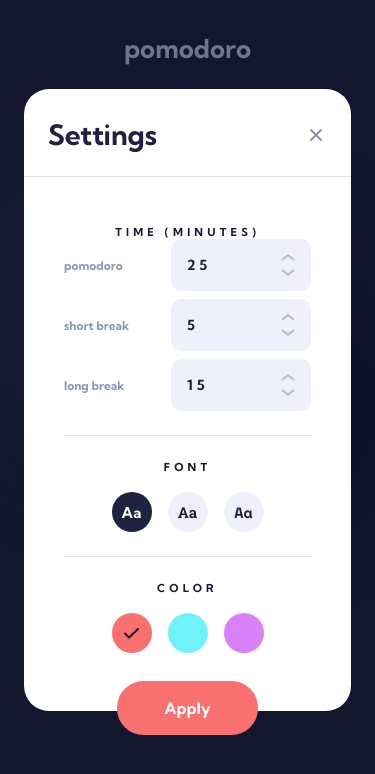
Repository: blordeus/pomodoro-app
Page: /, after clicking the first element matching `button.settings-trigger`
An editor plug-in stored every save of this project. The page is shown before and after the next save, followed by the edit.
The browser window is 375 px wide. The pictures show the whole page.
The project was rebuilt for these pictures with package versions that can differ from the ones it lists, and the page was loaded fresh each time.

Above is the page before, as saved 2026-05-09 18:33:30.

### index.html
<!doctype html>
<html lang="en">
  <head>
    <meta charset="UTF-8" />
    <meta name="viewport" content="width=device-width, initial-scale=1.0" />
    <title>Pomodoro App</title>
  </head>
  <body>
    <div id="root"></div>
    <script type="module" src="/src/main.jsx"></script>
  </body>
</html>

### src/main.jsx
import React from 'react';
import { createRoot } from 'react-dom/client';
import './index.css';
import App from './App.jsx';

createRoot(document.getElementById('root')).render(
  <React.StrictMode>
    <App />
  </React.StrictMode>
);

### src/index.css
@import url('https://fonts.googleapis.com/css2?family=Kumbh+Sans:wght@400;700&family=Roboto+Slab:wght@400;700&family=Space+Mono:wght@400;700&display=swap');

/* ─── Design Tokens ─────────────────────────────────────────── */
:root {
  --bg: #1E213F;
  --surface: #161932;
  --surface-alt: #0D0E1C;
  --text-primary: #D7E0FF;
  --text-muted: #8895B3;
  --modal-bg: #FFFFFF;
  --modal-text: #161932;
  --modal-label: #1E213F;
  --modal-section-title: #161932;
  --input-bg: #EFF1FA;
  --input-text: #1E213F;
  --divider: #E3E1E1;

  /* Accent — overridden by useSettings via JS */
  --accent: #F87070;

  /* Font — overridden by useSettings via JS */
  --font-app: 'Kumbh Sans', sans-serif;

  /* Timer sizing */
  --timer-outer: 410px;
  --timer-inner: 340px;
  --timer-ring-size: 339px;
}

/* ─── Reset & Base ──────────────────────────────────────────── */
*, *::before, *::after {
  box-sizing: border-box;
  margin: 0;
  padding: 0;
}

body {
  font-family: var(--font-app);
  background-color: var(--bg);
  color: var(--text-primary);
  min-height: 100vh;
  transition: font-family 0.2s ease;
}

button {
  cursor: pointer;
  border: none;
  background: none;
  font-family: inherit;
}

/* ─── App Layout ────────────────────────────────────────────── */
.app {
  display: flex;
  flex-direction: column;
  align-items: center;
  padding: 48px 24px 56px;
  min-height: 100vh;
}

.app__title {
  font-size: 1.625rem;
  font-weight: 700;
  letter-spacing: 0;
  color: var(--text-primary);
  margin-bottom: 45px;
}

/* ─── Mode Selector ─────────────────────────────────────────── */
.mode-selector {
  display: flex;
  align-items: center;
  background-color: var(--surface);
  border-radius: 31.5px;
  padding: 8px;
  gap: 0;
  margin-bottom: 48px;
}

.mode-btn {
  font-family: var(--font-app);
  font-size: 0.75rem;
  font-weight: 700;
  color: var(--text-muted);
  border-radius: 26.5px;
  padding: 14px 24px;
  transition: color 0.25s ease, background-color 0.25s ease;
  white-space: nowrap;
}

.mode-btn:hover {
  color: var(--text-primary);
}

.mode-btn--active {
  background-color: var(--accent);
  color: var(--modal-label);
}

/* ─── Timer ─────────────────────────────────────────────────── */
.timer-wrapper {
  margin-bottom: 63px;
}

.timer-outer {
  width: var(--timer-outer);
  height: var(--timer-outer);
  border-radius: 50%;
  background: linear-gradient(315deg, #2E325A 0%, #0E112A 100%);
  box-shadow:
    -50px -50px 100px #272C5A,
    50px 50px 100px #121530;
  display: flex;
  align-items: center;
  justify-content: center;
}

.timer-inner {
  width: var(--timer-inner);
  height: var(--timer-inner);
  border-radius: 50%;
  background: var(--surface);
  display: flex;
  align-items: center;
  justify-content: center;
  position: relative;
}

.timer-ring {
  position: absolute;
  inset: 0;
  display: flex;
  align-items: center;
  justify-content: center;
  width: 100%;
  height: 100%;
  padding: 20px;
}

.progress-ring {
  overflow: visible;
  width: 100%;
  height: 100%;
}

.timer-face {
  position: relative;
  z-index: 1;
  display: flex;
  flex-direction: column;
  align-items: center;
  gap: 15px;
  padding: 20px 40px;
  border-radius: 50%;
  background: transparent;
  transition: opacity 0.15s ease;
}

.timer-face:hover .timer-action {
  color: var(--accent);
}

.timer-time {
  font-family: var(--font-app);
  font-size: 5.5rem;
  font-weight: 700;
  color: var(--text-primary);
  letter-spacing: -4px;
  line-height: 1;
}

.timer-action {
  font-family: var(--font-app);
  font-size: 0.875rem;
  font-weight: 700;
  letter-spacing: 13px;
  color: var(--text-primary);
  text-transform: uppercase;
  transition: color 0.2s ease;
  /* offset to account for letter-spacing on last char */
  padding-left: 13px;
}

/* ─── Settings Trigger ──────────────────────────────────────── */
.settings-trigger {
  color: var(--text-muted);
  transition: color 0.2s ease;
  padding: 8px;
}

.settings-trigger:hover {
  color: var(--text-primary);
}

.settings-trigger img {
  opacity: 0.5;
  transition: opacity 0.2s ease;
}

.settings-trigger:hover img {
  opacity: 1;
}

/* ─── Settings Modal ────────────────────────────────────────── */
.modal-backdrop {
  position: fixed;
  inset: 0;
  background: rgba(10, 12, 28, 0.5);
  display: flex;
  align-items: center;
  justify-content: center;
  z-index: 100;
  padding: 24px;
}

.modal {
  background: var(--modal-bg);
  border-radius: 25px;
  width: 100%;
  max-width: 540px;
  position: relative;
  overflow: visible;
}

.modal__header {
  display: flex;
  align-items: center;
  justify-content: space-between;
  padding: 34px 40px 28px;
  border-bottom: 1px solid var(--divider);
}

.modal__title {
  font-size: 1.75rem;
  font-weight: 700;
  color: var(--modal-label);
}

.modal__close {
  color: var(--text-muted);
  padding: 4px;
  transition: color 0.2s ease;
  display: flex;
  align-items: center;
  justify-content: center;
}

.modal__close:hover {
  color: var(--modal-label);
}

.modal__body {
  padding: 24px 40px;
}

.modal__section {
  padding: 24px 0;
}

.modal__section--row {
  display: flex;
  align-items: center;
  justify-content: space-between;
}

.modal__section-title {
  font-size: 0.6875rem;
  font-weight: 700;
  letter-spacing: 4.23px;
  color: var(--modal-section-title);
  text-transform: uppercase;
  margin-bottom: 18px;
}

.modal__section--row .modal__section-title {
  margin-bottom: 0;
}

.modal__time-inputs {
  display: flex;
  gap: 20px;
}

.modal__divider {
  height: 1px;
  background: var(--divider);
}

.modal__options {
  display: flex;
  gap: 16px;
  align-items: center;
}

.modal__footer {
  display: flex;
  justify-content: center;
  padding-bottom: 0;
  /* Apply button overlaps the bottom of the modal */
  margin-top: -20px;
  margin-bottom: -24px;
}

/* ─── TimeInput ─────────────────────────────────────────────── */
.time-input {
  flex: 1;
  display: flex;
  flex-direction: column;
  gap: 8px;
}

.time-input__label {
  font-size: 0.75rem;
  font-weight: 700;
  color: var(--text-muted);
}

.time-input__control {
  display: flex;
  align-items: center;
  justify-content: space-between;
  background: var(--input-bg);
  border-radius: 10px;
  padding: 14px 16px;
  gap: 16px;
}

.time-input__value {
  font-size: 0.875rem;
  font-weight: 700;
  color: var(--input-text);
}

.time-input__arrows {
  display: flex;
  flex-direction: column;
  gap: 8px;
}

.time-input__arrow {
  color: #8895B3;
  display: flex;
  align-items: center;
  justify-content: center;
  transition: color 0.15s ease;
  padding: 0;
  line-height: 1;
}

.time-input__arrow img {
  width: 14px;
  height: 8px;
}

.time-input__arrow:hover {
  color: var(--input-text);
}

/* ─── Font Buttons ──────────────────────────────────────────── */
.font-btn {
  width: 40px;
  height: 40px;
  border-radius: 50%;
  font-size: 0.9375rem;
  font-weight: 700;
  background: var(--input-bg);
  color: var(--modal-label);
  display: flex;
  align-items: center;
  justify-content: center;
  transition: background-color 0.2s ease, color 0.2s ease;
}

.font-btn--active {
  background: var(--modal-label);
  color: var(--modal-bg);
}

/* ─── Color Buttons ─────────────────────────────────────────── */
.color-btn {
  width: 40px;
  height: 40px;
  border-radius: 50%;
  position: relative;
  transition: opacity 0.2s ease;
}

.color-btn:hover {
  opacity: 0.85;
}

.color-btn--active::after {
  content: '';
  position: absolute;
  inset: 0;
  display: flex;
  align-items: center;
  justify-content: center;
  background-image: url("data:[embedded picture, 244 characters]");
  background-repeat: no-repeat;
  background-position: center;
}

/* ─── Apply Button ──────────────────────────────────────────── */
.apply-btn {
  font-family: var(--font-app);
  font-size: 1rem;
  font-weight: 700;
  color: white;
  background: var(--accent);
  border-radius: 26.5px;
  padding: 17px 47px;
  transition: filter 0.2s ease;
}

.apply-btn:hover {
  filter: brightness(1.15);
}

/* ─── Responsive ────────────────────────────────────────────── */
@media (max-width: 600px) {
  :root {
    --timer-outer: 300px;
    --timer-inner: 267px;
    --timer-ring-size: 248px;
  }

  .app {
    padding: 32px 24px 48px;
  }

  .app__title {
    margin-bottom: 40px;
  }

  .mode-selector {
    margin-bottom: 45px;
  }

  .mode-btn {
    padding: 11px 16px;
    font-size: 0.6875rem;
  }

  .timer-time {
    font-size: 5rem;
    letter-spacing: -3px;
  }

  .timer-wrapper {
    margin-bottom: 56px;
  }

  /* Settings modal: stack time inputs vertically */
  .modal__time-inputs {
    flex-direction: column;
    gap: 8px;
  }

  .time-input__control {
    width: 140px;
    flex-shrink: 0;
  }

  .time-input__value {
    letter-spacing: 4px;
  }

  .time-input {
    flex-direction: row;
    align-items: center;
    justify-content: space-between;
  }

  .time-input__label {
    flex-shrink: 0;
  }

  .modal__header {
    padding: 28px 24px 24px;
  }

  .modal__body {
    padding: px 24px;
  }

  .modal__section--row {
    flex-direction: column;
    align-items: center;
    gap: 18px;
    text-align: center;
  }

  .modal__section-title {
    margin-bottom: 0;
    text-align: center;
  }


}

### src/App.jsx
import React, { useState } from 'react';
import { useTimer } from './hooks/useTimer';
import { useSettings } from './hooks/useSettings';
import ModeSelector from './components/ModeSelector';
import TimerDisplay from './components/TimerDisplay';
import SettingsModal from './components/SettingsModal';

const App = () => {
  const { settings, applySettings } = useSettings();
  const { mode, status, formattedTime, progress, start, pause, restart, switchMode } = useTimer(settings);
  const [showSettings, setShowSettings] = useState(false);

  return (
    <div className="app">
      <h1 className="app__title">pomodoro</h1>

      <ModeSelector mode={mode} onSwitch={switchMode} />

      <TimerDisplay
        formattedTime={formattedTime}
        progress={progress}
        status={status}
        onStart={start}
        onPause={pause}
        onRestart={restart}
      />

      <button
        className="settings-trigger"
        onClick={() => setShowSettings(true)}
        aria-label="Open settings"
      >
        <img src="/assets/icon-settings.svg" alt="" />
      </button>

      {showSettings && (
        <SettingsModal
          settings={settings}
          onApply={applySettings}
          onClose={() => setShowSettings(false)}
        />
      )}
    </div>
  );
};

export default App;

### src/hooks/useTimer.js
import { useState, useEffect, useRef, useCallback } from 'react';

const MODES = {
  pomodoro: 'pomodoro',
  shortBreak: 'shortBreak',
  longBreak: 'longBreak',
};

export const useTimer = (settings) => {
  const [mode, setMode] = useState(MODES.pomodoro);
  const [status, setStatus] = useState('idle'); // idle | running | paused | complete
  const [timeLeft, setTimeLeft] = useState(settings.pomodoro * 60);
  const intervalRef = useRef(null);

  const totalTime = settings[mode] * 60;

  // Reset timer when mode or settings change
  useEffect(() => {
    clearInterval(intervalRef.current);
    setStatus('idle');
    setTimeLeft(settings[mode] * 60);
  }, [mode, settings]);

  useEffect(() => {
    if (status === 'running') {
      intervalRef.current = setInterval(() => {
        setTimeLeft((prev) => {
          if (prev <= 1) {
            clearInterval(intervalRef.current);
            setStatus('complete');
            return 0;
          }
          return prev - 1;
        });
      }, 1000);
    } else {
      clearInterval(intervalRef.current);
    }

    return () => clearInterval(intervalRef.current);
  }, [status]);

  const start = useCallback(() => setStatus('running'), []);
  const pause = useCallback(() => setStatus('paused'), []);
  const restart = useCallback(() => {
    setStatus('idle');
    setTimeLeft(settings[mode] * 60);
  }, [mode, settings]);

  const switchMode = useCallback((newMode) => {
    setMode(newMode);
  }, []);

  const minutes = Math.floor(timeLeft / 60);
  const seconds = timeLeft % 60;
  const formattedTime = `${String(minutes).padStart(2, '0')}:${String(seconds).padStart(2, '0')}`;
  const progress = timeLeft / totalTime; // 1 = full, 0 = empty

  return {
    mode,
    status,
    timeLeft,
    totalTime,
    formattedTime,
    progress,
    start,
    pause,
    restart,
    switchMode,
    MODES,
  };
};

### src/hooks/useSettings.js
import { useState, useEffect } from 'react';

const STORAGE_KEY = 'pomodoro-settings';

const DEFAULT_SETTINGS = {
  pomodoro: 25,
  shortBreak: 5,
  longBreak: 15,
  font: 'kumbh',   // kumbh | roboto | mono
  color: 'red',    // red | cyan | purple
};

export const useSettings = () => {
  const [settings, setSettings] = useState(() => {
    try {
      const saved = localStorage.getItem(STORAGE_KEY);
      return saved ? { ...DEFAULT_SETTINGS, ...JSON.parse(saved) } : DEFAULT_SETTINGS;
    } catch {
      return DEFAULT_SETTINGS;
    }
  });

  // Apply font + color to :root whenever settings change
  useEffect(() => {
    const root = document.documentElement;

    const fontMap = {
      kumbh: "'Kumbh Sans', sans-serif",
      roboto: "'Roboto Slab', serif",
      mono: "'Space Mono', monospace",
    };

    const colorMap = {
      red: '#F87070',
      cyan: '#70F3F8',
      purple: '#D881F8',
    };

    root.style.setProperty('--accent', colorMap[settings.color]);
    root.style.setProperty('--font-app', fontMap[settings.font]);
  }, [settings.font, settings.color]);

  const applySettings = (newSettings) => {
    const merged = { ...settings, ...newSettings };
    setSettings(merged);
    try {
      localStorage.setItem(STORAGE_KEY, JSON.stringify(merged));
    } catch {
      // storage unavailable, silently continue
    }
  };

  return { settings, applySettings };
};

### src/components/ModeSelector.jsx
import React, { useState } from 'react';

const LABELS = {
  pomodoro: 'pomodoro',
  shortBreak: 'short break',
  longBreak: 'long break',
};

const ModeSelector = ({ mode, onSwitch }) => {
  return (
    <nav className="mode-selector" aria-label="Timer mode">
      {Object.entries(LABELS).map(([key, label]) => (
        <button
          key={key}
          className={`mode-btn${mode === key ? ' mode-btn--active' : ''}`}
          onClick={() => onSwitch(key)}
          aria-pressed={mode === key}
        >
          {label}
        </button>
      ))}
    </nav>
  );
};

export default ModeSelector;

### src/components/TimerDisplay.jsx
import React, { useState } from 'react';
import CircularProgress from './CircularProgress';

const ACTION_LABELS = {
  idle: 'START',
  running: 'PAUSE',
  paused: 'RESUME',
  complete: 'RESTART',
};

const TimerDisplay = ({ formattedTime, progress, status, onStart, onPause, onRestart }) => {
  const actionLabel = ACTION_LABELS[status];

  const handleAction = () => {
    if (status === 'idle' || status === 'paused') onStart();
    else if (status === 'running') onPause();
    else if (status === 'complete') onRestart();
  };

  return (
    <div className="timer-wrapper">
      {/* Outer decorative circle with layered shadow effect */}
      <div className="timer-outer">
        <div className="timer-inner">
          {/* SVG progress ring sits behind the content */}
          <div className="timer-ring">
            <CircularProgress progress={progress} />
          </div>
          {/* Time + action button */}
          <button
            className="timer-face"
            onClick={handleAction}
            aria-label={`${actionLabel} timer, time remaining ${formattedTime}`}
          >
            <span className="timer-time">{formattedTime}</span>
            <span className="timer-action">{actionLabel}</span>
          </button>
        </div>
      </div>
    </div>
  );
};

export default TimerDisplay;

### src/components/SettingsModal.jsx
import React, { useState } from 'react';
import TimeInput from './TimeInput';

const FONTS = [
  { key: 'kumbh', label: 'Aa', style: { fontFamily: "'Kumbh Sans', sans-serif" } },
  { key: 'roboto', label: 'Aa', style: { fontFamily: "'Roboto Slab', serif" } },
  { key: 'mono', label: 'Aa', style: { fontFamily: "'Space Mono', monospace" } },
];

const COLORS = [
  { key: 'red', hex: '#F87070' },
  { key: 'cyan', hex: '#70F3F8' },
  { key: 'purple', hex: '#D881F8' },
];

const SettingsModal = ({ settings, onApply, onClose }) => {
  const [draft, setDraft] = useState({ ...settings });

  const update = (key, value) => setDraft((prev) => ({ ...prev, [key]: value }));

  const handleApply = () => {
    onApply(draft);
    onClose();
  };

  // Close on backdrop click
  const handleBackdrop = (e) => {
    if (e.target === e.currentTarget) onClose();
  };

  return (
    <div className="modal-backdrop" onClick={handleBackdrop} role="dialog" aria-modal="true" aria-labelledby="settings-title">
      <div className="modal">
        <div className="modal__header">
          <h2 className="modal__title" id="settings-title">Settings</h2>
          <button className="modal__close" onClick={onClose} aria-label="Close settings">
            <img src="/assets/icon-close.svg" alt="" />
          </button>
        </div>

        <div className="modal__body">
          {/* Time inputs */}
          <section className="modal__section">
            <h3 className="modal__section-title">Time (Minutes)</h3>
            <div className="modal__time-inputs">
              <TimeInput
                label="pomodoro"
                value={draft.pomodoro}
                onChange={(v) => update('pomodoro', v)}
              />
              <TimeInput
                label="short break"
                value={draft.shortBreak}
                onChange={(v) => update('shortBreak', v)}
              />
              <TimeInput
                label="long break"
                value={draft.longBreak}
                onChange={(v) => update('longBreak', v)}
              />
            </div>
          </section>

          <div className="modal__divider" />

          {/* Font picker */}
          <section className="modal__section modal__section--row">
            <h3 className="modal__section-title">Font</h3>
            <div className="modal__options">
              {FONTS.map(({ key, label, style }) => (
                <button
                  key={key}
                  className={`font-btn${draft.font === key ? ' font-btn--active' : ''}`}
                  style={style}
                  onClick={() => update('font', key)}
                  aria-label={`Font ${key}`}
                  aria-pressed={draft.font === key}
                >
                  {label}
                </button>
              ))}
            </div>
          </section>

          <div className="modal__divider" />

          {/* Color picker */}
          <section className="modal__section modal__section--row">
            <h3 className="modal__section-title">Color</h3>
            <div className="modal__options">
              {COLORS.map(({ key, hex }) => (
                <button
                  key={key}
                  className={`color-btn${draft.color === key ? ' color-btn--active' : ''}`}
                  style={{ backgroundColor: hex }}
                  onClick={() => update('color', key)}
                  aria-label={`Color ${key}`}
                  aria-pressed={draft.color === key}
                />
              ))}
            </div>
          </section>
        </div>

        <div className="modal__footer">
          <button className="apply-btn" onClick={handleApply}>
            Apply
          </button>
        </div>
      </div>
    </div>
  );
};

export default SettingsModal;

### src/components/CircularProgress.jsx
import React, { useState } from 'react';

const CircularProgress = ({ progress, size = 339, strokeWidth = 10 }) => {
  const radius = (size - strokeWidth) / 2;
  const circumference = 2 * Math.PI * radius;
  const offset = circumference - progress * circumference;

  return (
    <svg
      width="100%"
      height="100%"
      viewBox={`0 0 ${size} ${size}`}
      className="progress-ring"
      aria-hidden="true"
    >
      {/* Track (background ring) — invisible, just for spacing */}
      <circle
        cx={size / 2}
        cy={size / 2}
        r={radius}
        fill="none"
        stroke="transparent"
        strokeWidth={strokeWidth}
      />
      {/* Progress arc */}
      <circle
        cx={size / 2}
        cy={size / 2}
        r={radius}
        fill="none"
        stroke="var(--accent)"
        strokeWidth={strokeWidth}
        strokeLinecap="round"
        strokeDasharray={circumference}
        strokeDashoffset={offset}
        // Start at 12 o'clock (default SVG starts at 3 o'clock)
        transform={`rotate(-90 ${size / 2} ${size / 2})`}
        style={{ transition: 'stroke-dashoffset 0.5s linear' }}
      />
    </svg>
  );
};

export default CircularProgress;

### src/components/TimeInput.jsx
import React, { useState } from "react";

const TimeInput = ({ label, value, onChange, min = 1, max = 60 }) => {
  const increment = () => onChange(Math.min(max, value + 1));
  const decrement = () => onChange(Math.max(min, value - 1));

  return (
    <div className="time-input">
      <label className="time-input__label" htmlFor={`time-${label}`}>
        {label}
      </label>
      <div className="time-input__control">
        <span
          className="time-input__value"
          id={`time-${label}`}
          aria-live="polite"
        >
          {value}
        </span>
        <div className="time-input__arrows" aria-hidden="true">
          <div className="time-input__arrows">
            <button
              className="time-input__arrow"
              onClick={increment}
              aria-label={`Increase ${label}`}
            >
              <img src="/assets/icon-arrow-up.svg" alt="" />
            </button>
            <button
              className="time-input__arrow"
              onClick={decrement}
              aria-label={`Decrease ${label}`}
            >
              <img src="/assets/icon-arrow-down.svg" alt="" />
            </button>
          </div>
        </div>
      </div>
    </div>
  );
};

export default TimeInput;

After the next save:
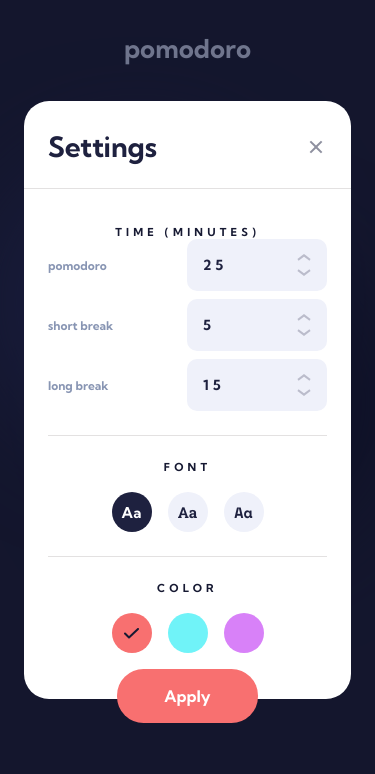
Saved 5 s later.
--- a/src/index.css
+++ b/src/index.css
@@ -481,7 +481,7 @@
   }
 
   .modal__body {
-    padding: px 24px;
+    padding: 12px 24px;
   }
 
   .modal__section--row {

After the save that followed:
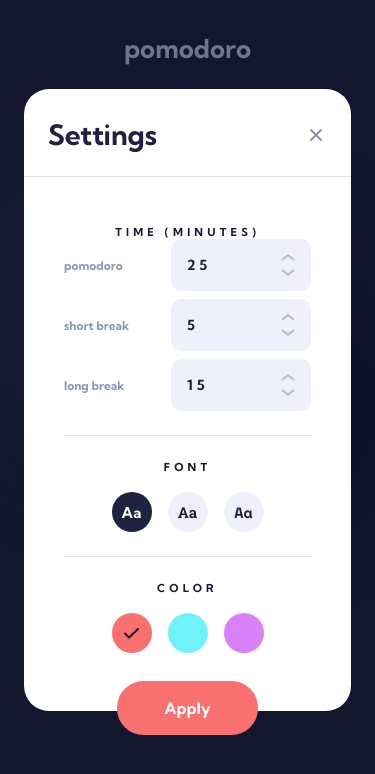
Saved 6 s later.
--- a/src/index.css
+++ b/src/index.css
@@ -481,7 +481,7 @@
   }
 
   .modal__body {
-    padding: 12px 24px;
+    padding: px 24px;
   }
 
   .modal__section--row {
